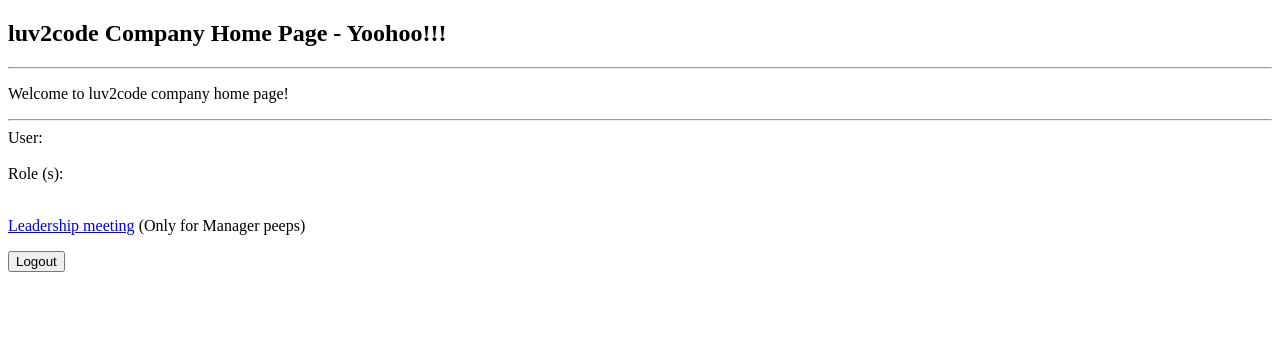
Repository: matthias1989/eclipse-workspace-UDEMY
Page: http://localhost/spring-security-demo-07-user-roles/WEB-INF/view/home.jsp
These files come from the project's save history. The page is drawn as it stood at one moment and after the next save; the edit follows.
The browser window is 1280 px wide. The pictures show the whole page.
The page is served by Tomcat 9. Nobody is signed in. The template is opened directly, without the code that normally fills it, so the values that code supplies are empty.

Above is the page before, as saved 2018-07-20 16:48:17.

After the next save:
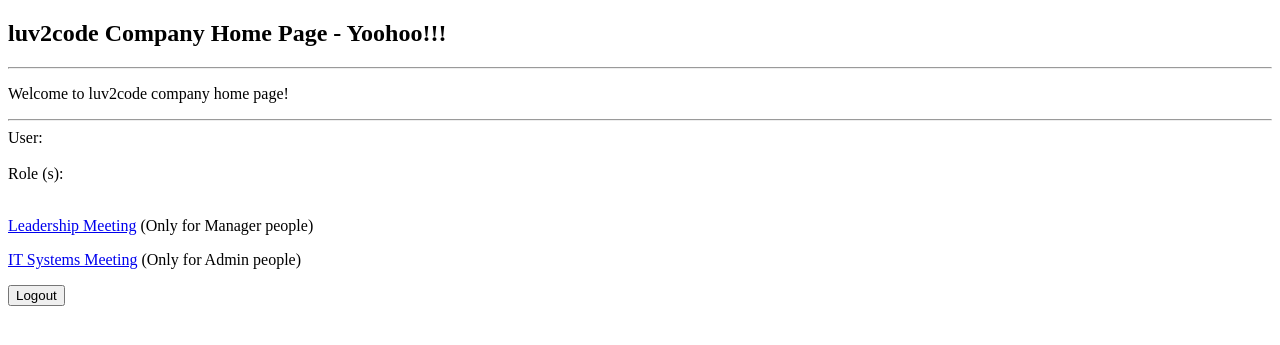
Saved 4 min 40 s later.
--- a/spring-security-demo-07-user-roles/src/main/webapp/WEB-INF/view/home.jsp
+++ b/spring-security-demo-07-user-roles/src/main/webapp/WEB-INF/view/home.jsp
@@ -17,10 +17,16 @@
 		User: <security:authentication property="principal.username"/> <br> <br>
 		Role (s): <security:authentication property="principal.authorities"/> <br> <br>
 
-		<!-- Add a link to point to /leaders => for managers -->
+		<!-- Add a link to point to /leaders => only for managers -->
 		<p>
-			<a href="${pageContext.request.contextPath}/leaders">Leadership meeting</a>
-			(Only for Manager peeps)
+			<a href="${pageContext.request.contextPath}/leaders">Leadership Meeting</a>
+			(Only for Manager people)
+		</p>
+
+		<!-- Add a link to point to /systems => only for admins -->
+		<p>
+			<a href="${pageContext.request.contextPath}/systems">IT Systems Meeting</a>
+			(Only for Admin people)
 		</p>
 
 		<!-- Add a logout button -->
